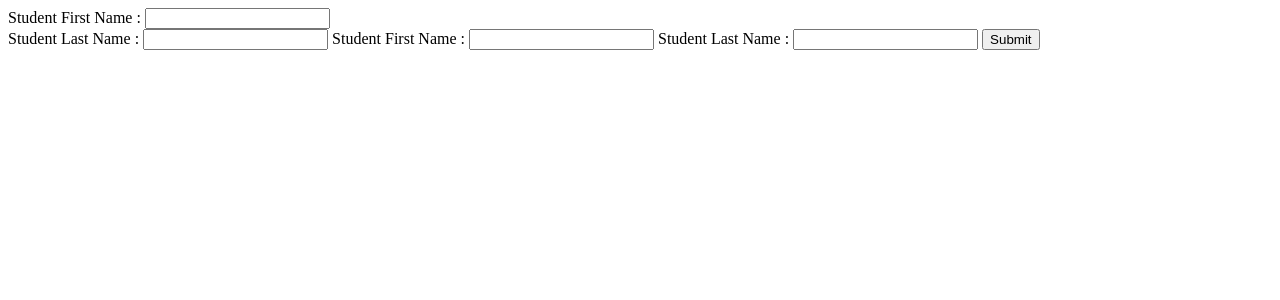
Repository: Sweta155/SchoolProject
Page: http://localhost/demo/WEB-INF/jsp/createStudent.jsp
The author's editor kept a copy of each file at every save. The page is drawn from the files as they stood at one save, then again after the next save.
The browser window is 1280 px wide. The pictures show the whole page.
The page is served by Tomcat 9. Nobody is signed in. The template is opened directly, without the code that normally fills it, so the values that code supplies are empty.

Above is the page before, as saved 2019-11-28 06:29:27.

After the next save:
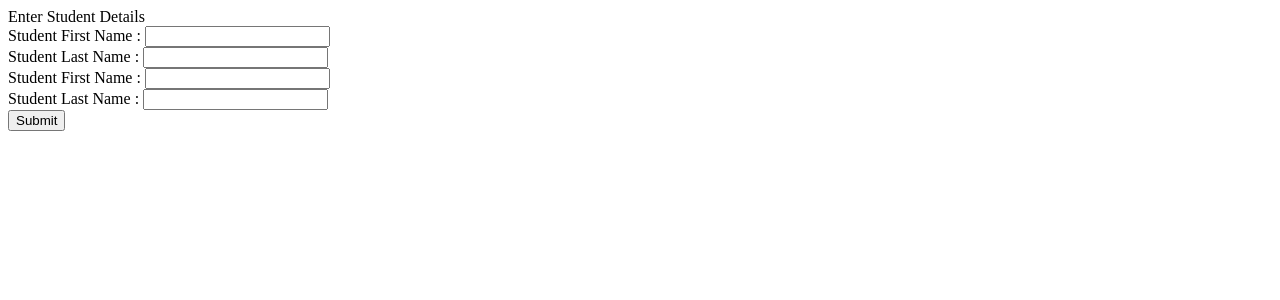
Saved 74 s later.
--- a/demo/src/main/webapp/WEB-INF/jsp/createStudent.jsp
+++ b/demo/src/main/webapp/WEB-INF/jsp/createStudent.jsp
@@ -8,12 +8,12 @@
 </head>
 <body>
  <font color="red">${errorMessage}</font>
+  Enter Student Details<BR/>
     <form method="post">
         Student First Name : <input type="text" name="sName" /><BR/>
-        Student Last Name  : <input type="text" name="sLName" />
-
-        Student First Name : <input type="text" name="sName" />
-        Student Last Name  : <input type="text" name="sLName" />
+        Student Last Name  : <input type="text" name="sLName" /><BR/>
+        Student First Name : <input type="text" name="sName" /><BR/>
+        Student Last Name  : <input type="text" name="sLName" /><BR/>
         <input type="submit" />
     </form>
 
